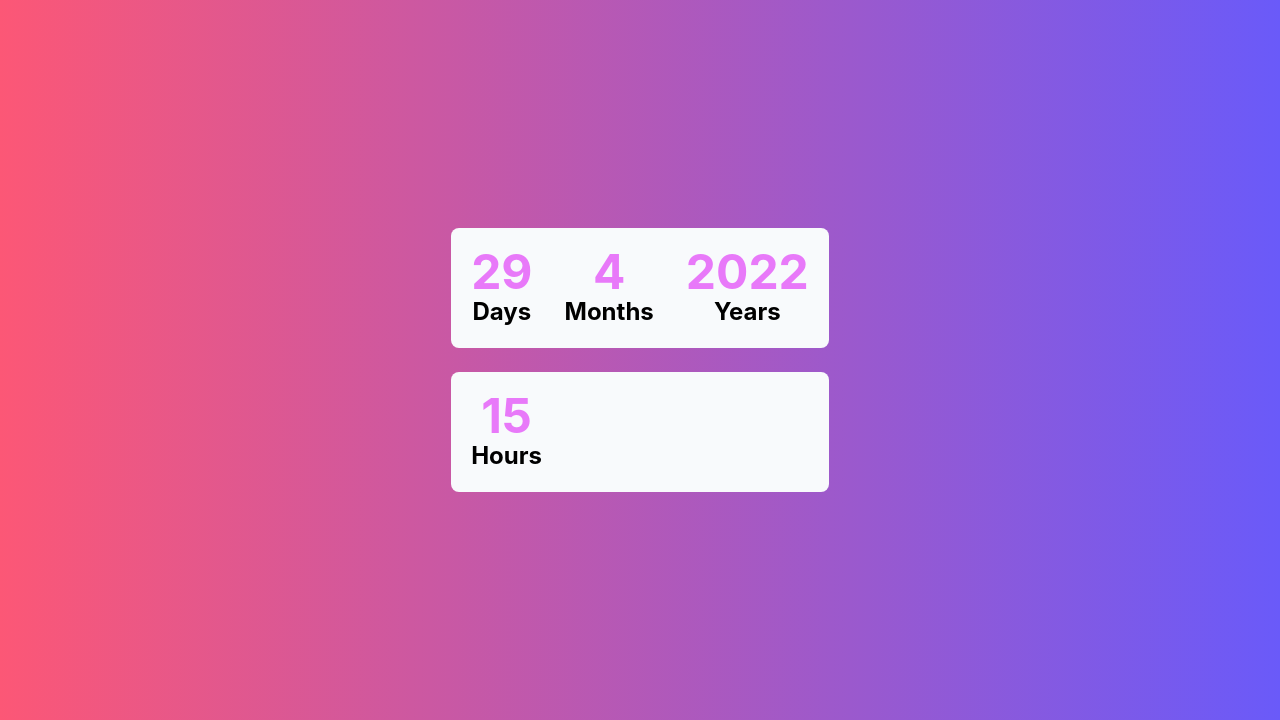
Repository: huynhsang96/bt_codegymHook
Page: /
The author's editor kept a copy of each file at every save. The page is drawn from the files as they stood at one save, then again after the next save.
The browser window is 1280 px wide. The pictures show the whole page.
The project was rebuilt for these pictures with package versions that can differ from the ones it lists, and the page was loaded fresh each time.

Above is the page before, as saved 2022-04-29 16:39:21.

After the next save:
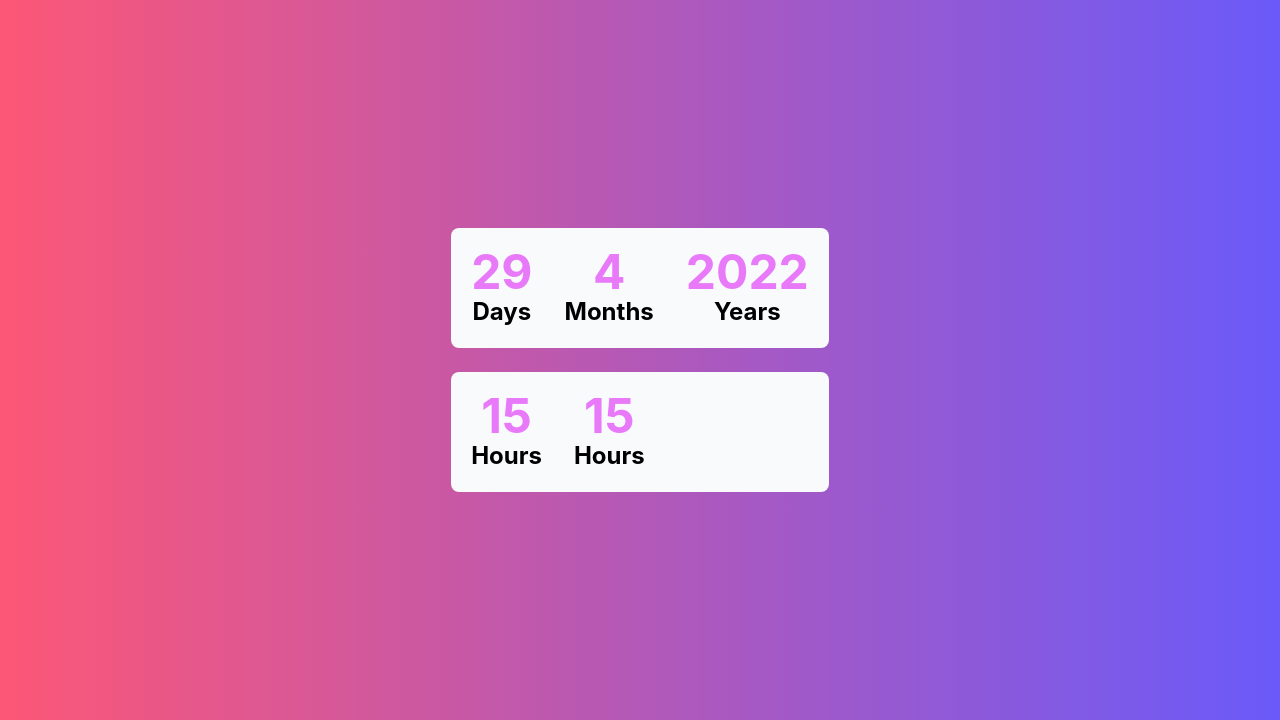
Saved 8 s later.
--- a/src/component/ClockHook/Clock.js
+++ b/src/component/ClockHook/Clock.js
@@ -39,6 +39,10 @@ const Clock = () => {
 					<span className="font-bold text-5xl text-fuchsia-400">{hours}</span>
 					<span className="font-bold text-2xl">Hours</span>
 				</li>
+				<li className="flex flex-col justify-center text-center">
+					<span className="font-bold text-5xl text-fuchsia-400">{hours}</span>
+					<span className="font-bold text-2xl">Hours</span>
+				</li>
 			</ul>
 		</div>
 	);
